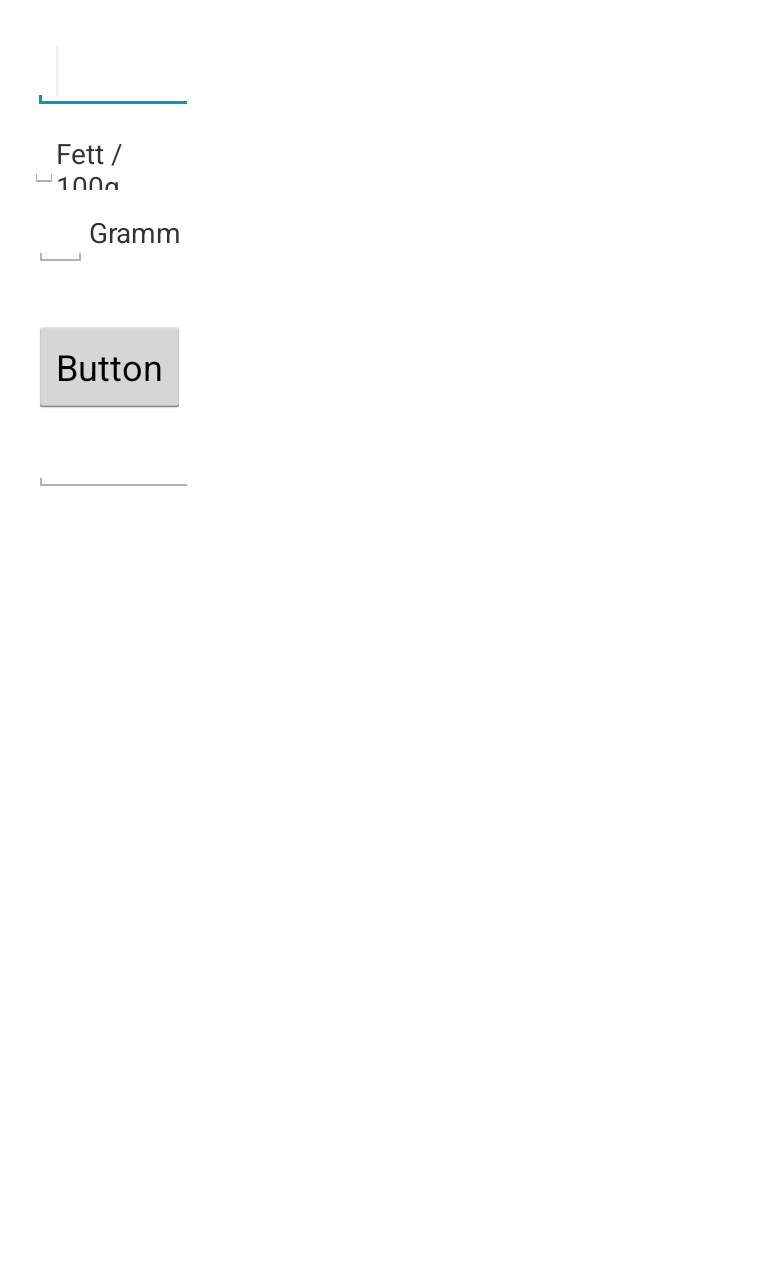
Repository: mikereckhaus/BineWatchers
Layout: BineWatchers/res/layout/activity_main.xml
An editor plug-in stored every save of this project. The layout is shown before and after the next save, followed by the edit.
It is drawn on a 768 x 1280 px phone screen (xhdpi) without system bars, with theme AppTheme; the app's code is not run.

Above is the layout before, as saved 2014-01-07 20:18:24.

After the next save:
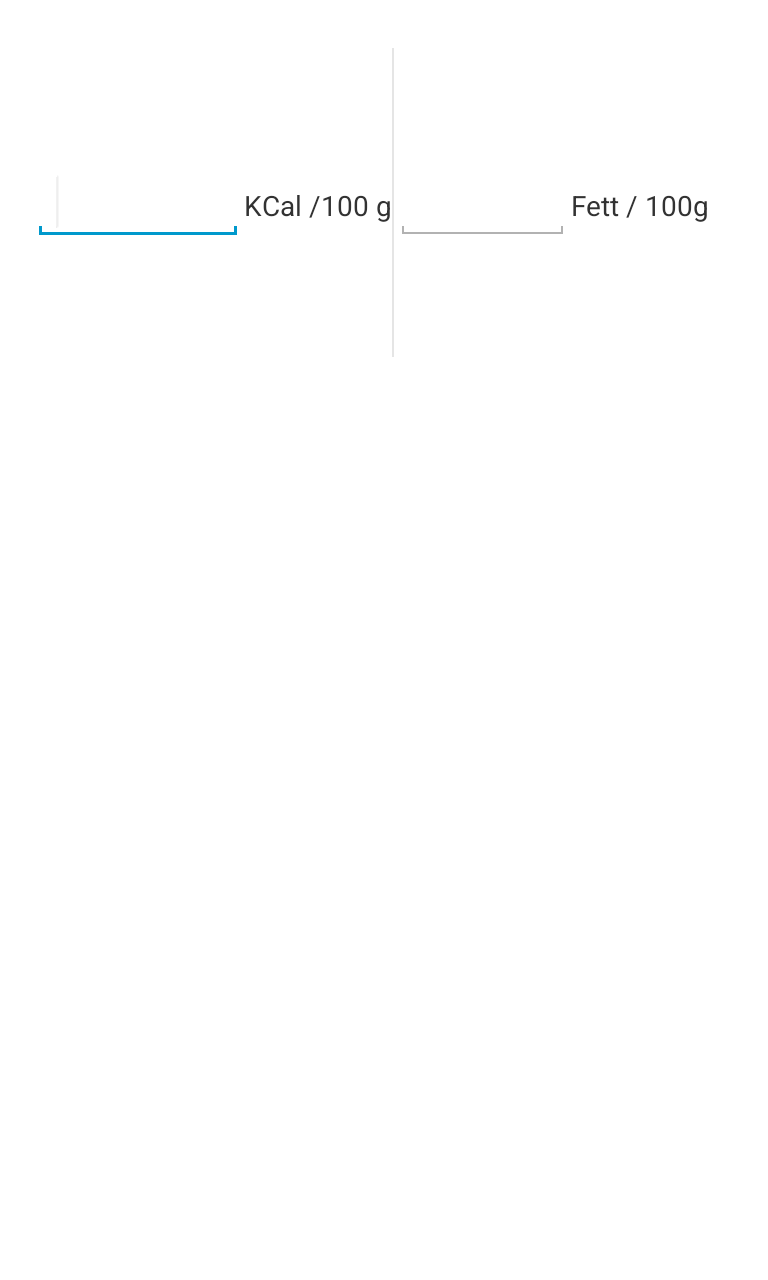
Saved 24 s later.
--- a/BineWatchers/res/layout/activity_main.xml
+++ b/BineWatchers/res/layout/activity_main.xml
@@ -40,13 +40,7 @@
 	                android:layout_weight="1"
 	                android:text="KCal /100 g" />
 	        </LinearLayout>
-		</TabWidget>
 
-         <FrameLayout
-                    android:id="@android:id/tabcontent"
-                    android:layout_height="fill_parent"
-                     android:layout_width="fill_parent">
-                </FrameLayout>
 
         <LinearLayout
             android:layout_width="match_parent"
@@ -115,6 +109,14 @@
 
         </LinearLayout>
 
+        </TabWidget>
+
+         <FrameLayout
+                    android:id="@android:id/tabcontent"
+                    android:layout_height="fill_parent"
+                     android:layout_width="fill_parent">
+         </FrameLayout>
+
     </LinearLayout>
 
 </TabHost>
